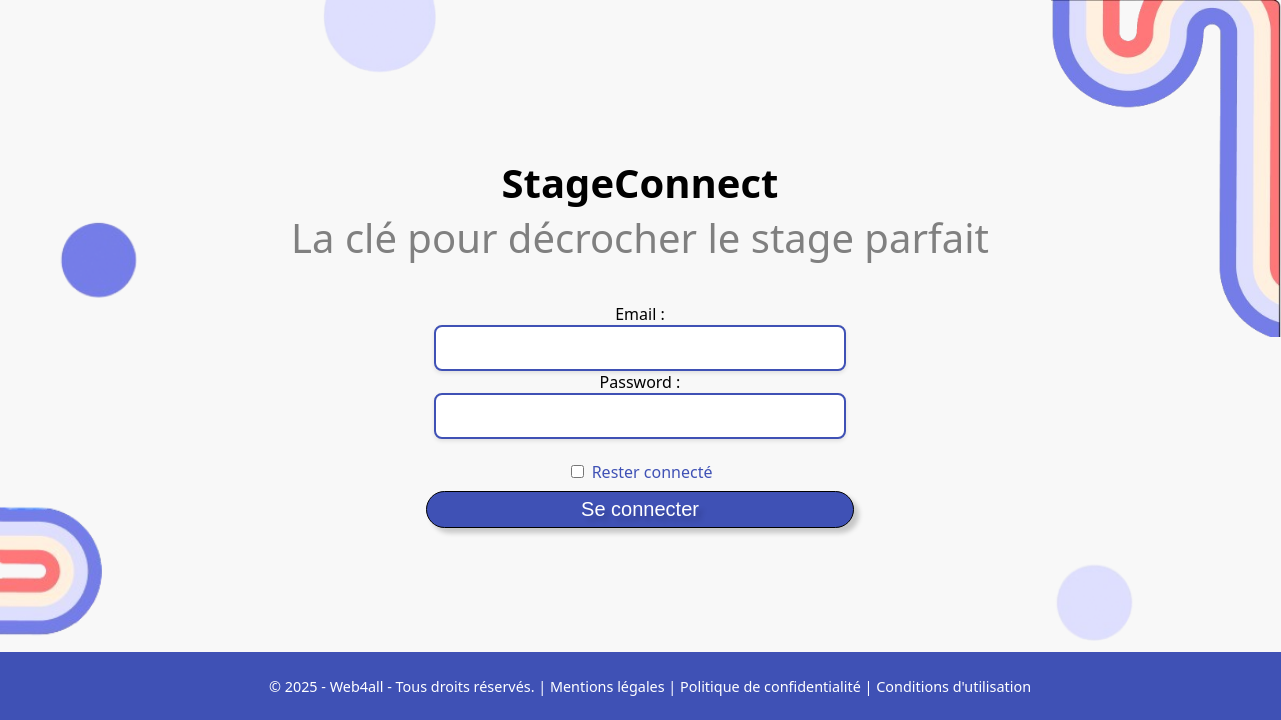
Repository: Guyllem/GroupeWeb
Page: pages/connexion.html
The author's editor kept a copy of each file at every save. The page is drawn from the files as they stood at one save, then again after the next save.
The browser window is 1280 px wide. The page is 1281 px wide, so the pictures cover 1281 px, including what lies to the right of the window. The pictures show the whole page.

Above is the page before, as saved 2025-02-21 15:01:49.

After the next save:
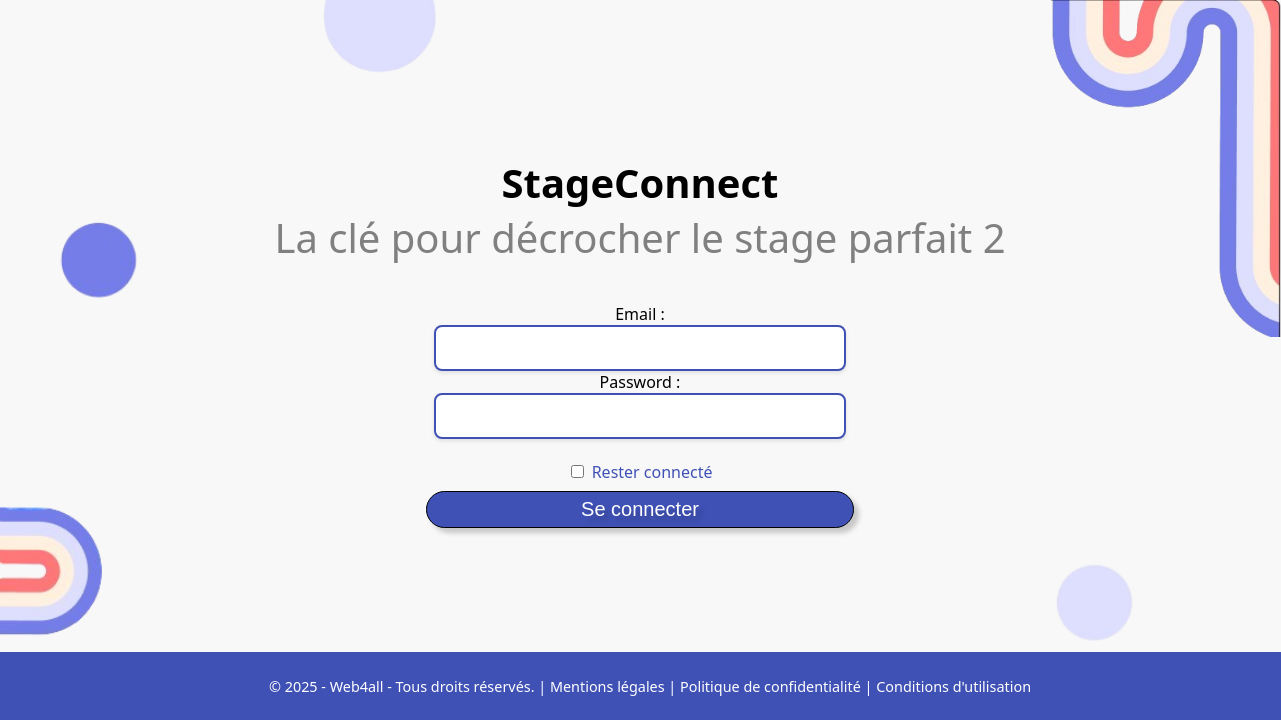
Saved 23 min 56 s later.
--- a/pages/connexion.html
+++ b/pages/connexion.html
@@ -12,7 +12,7 @@
       <img class="arc-en-ciel" src="../img/arc en ciel.png" alt="arc en ciel">
       <h1 class="titre">StageConnect</h1>
       <img class="bulle2" src="../img/bulle2.png" alt="bulle2">
-      <p class="slogan">La clé pour décrocher le stage parfait</p>
+      <p class="slogan">La clé pour décrocher le stage parfait 2</p>
     </header>
     <main>
         <form>

After the save that followed:
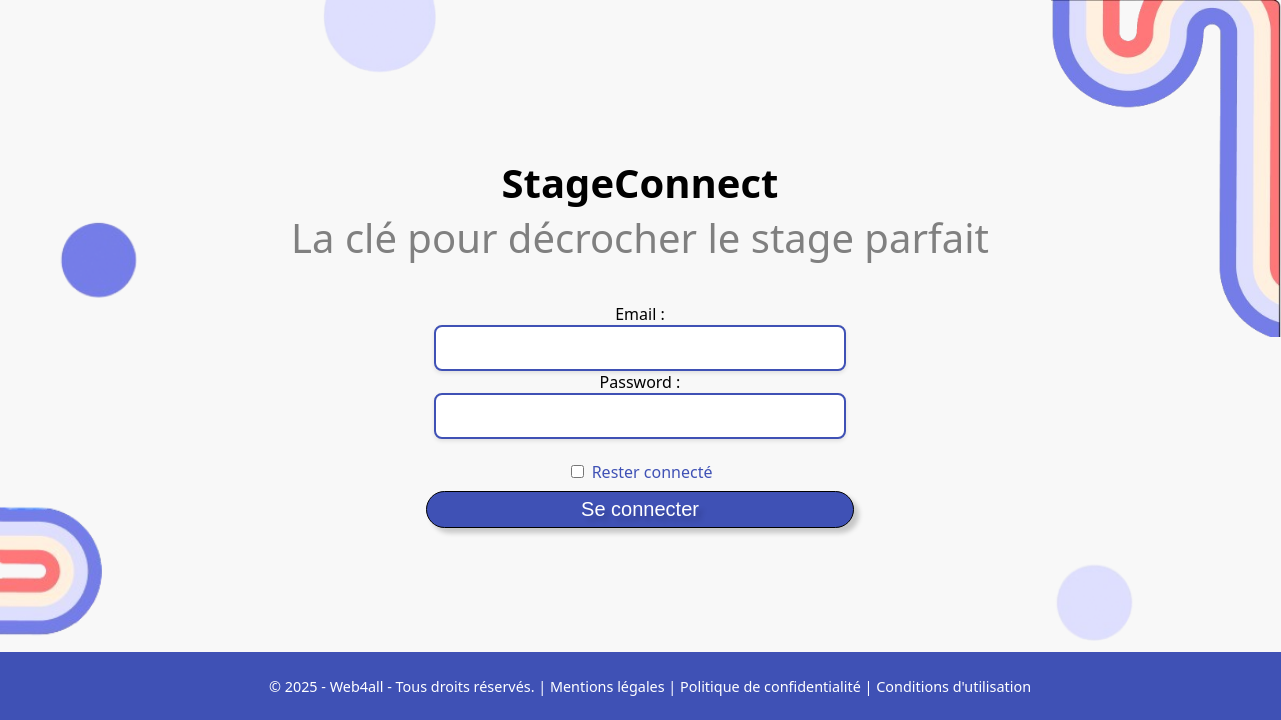
Saved 109 s later.
--- a/pages/connexion.html
+++ b/pages/connexion.html
@@ -12,7 +12,7 @@
       <img class="arc-en-ciel" src="../img/arc en ciel.png" alt="arc en ciel">
       <h1 class="titre">StageConnect</h1>
       <img class="bulle2" src="../img/bulle2.png" alt="bulle2">
-      <p class="slogan">La clé pour décrocher le stage parfait 2</p>
+      <p class="slogan">La clé pour décrocher le stage parfait</p>
     </header>
     <main>
         <form>
